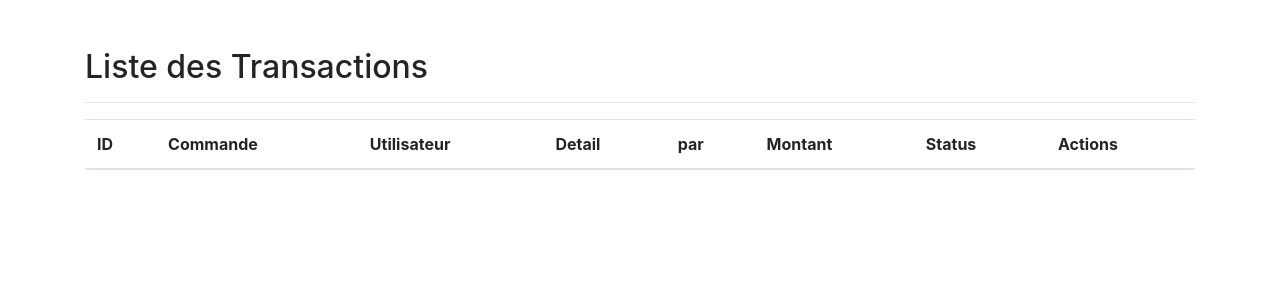
Repository: DIOMANDEMohamed/tp-web
Page: http://localhost/transactions
An editor plug-in stored every save of this project. The page is shown before and after the next save, followed by the edit.
The browser window is 1280 px wide. The pictures show the whole page.
The page is served by the project's Laravel application, run on PHP 8.4 with Laravel 12. Queries for data that is not in the repository find no rows.

Above is the page before, as saved 2024-06-10 03:52:40.

After the next save:
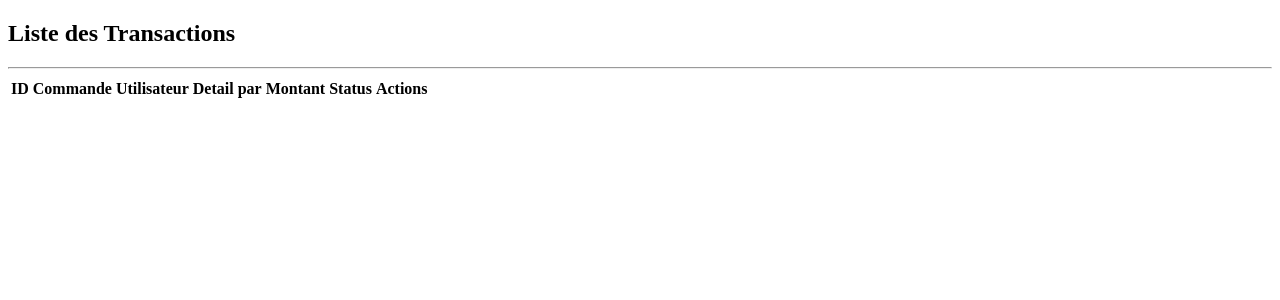
Saved 13 h 14 min later.
--- a/resources/views/transactions/index.blade.php
+++ b/resources/views/transactions/index.blade.php
@@ -4,7 +4,7 @@
     <meta charset="UTF-8">
     <meta name="viewport" content="width=device-width, initial-scale=1.0">
     <title>Liste des Transactions</title>
-    <link rel="stylesheet" href="https://maxcdn.bootstrapcdn.com/bootstrap/4.0.0/css/bootstrap.min.css">
+    <link rel="stylesheet" href="'all transaction.index'">
 </head>
 <body>
     <div class="container mt-5">
